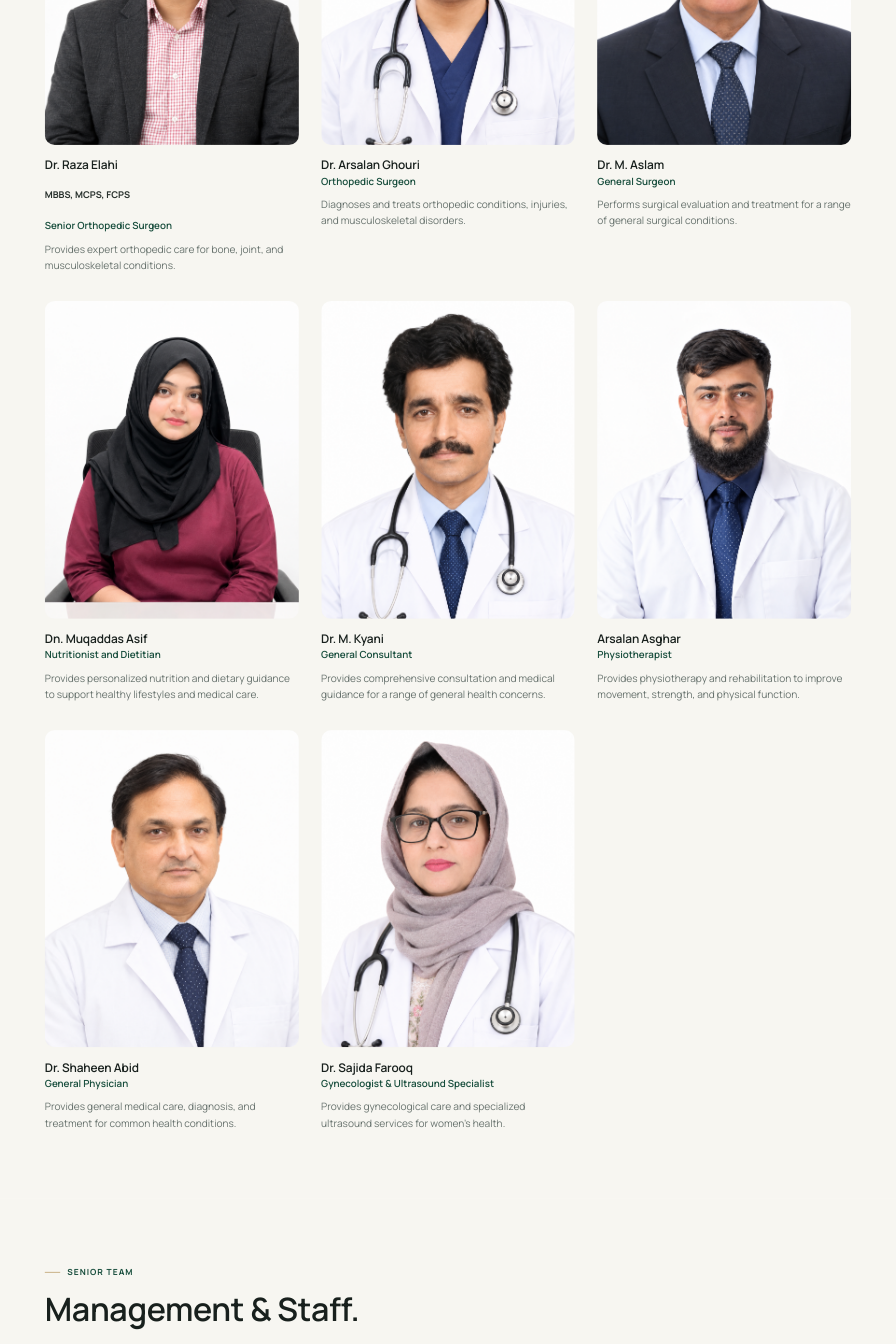
Repository: mraeesaziz45/al-farah
Page: team.html
These files come from the project's save history. The page is drawn as it stood at one moment and after the next save; the edit follows.
The browser window is 1280 px wide. The pictures show the part of the page from y = 1800 to 3720 px (the page is 5905 px tall before and 5859 px after), at 70% of full size.

Above is the page before, as saved 2026-09-28 17:57:45.

After the next save:
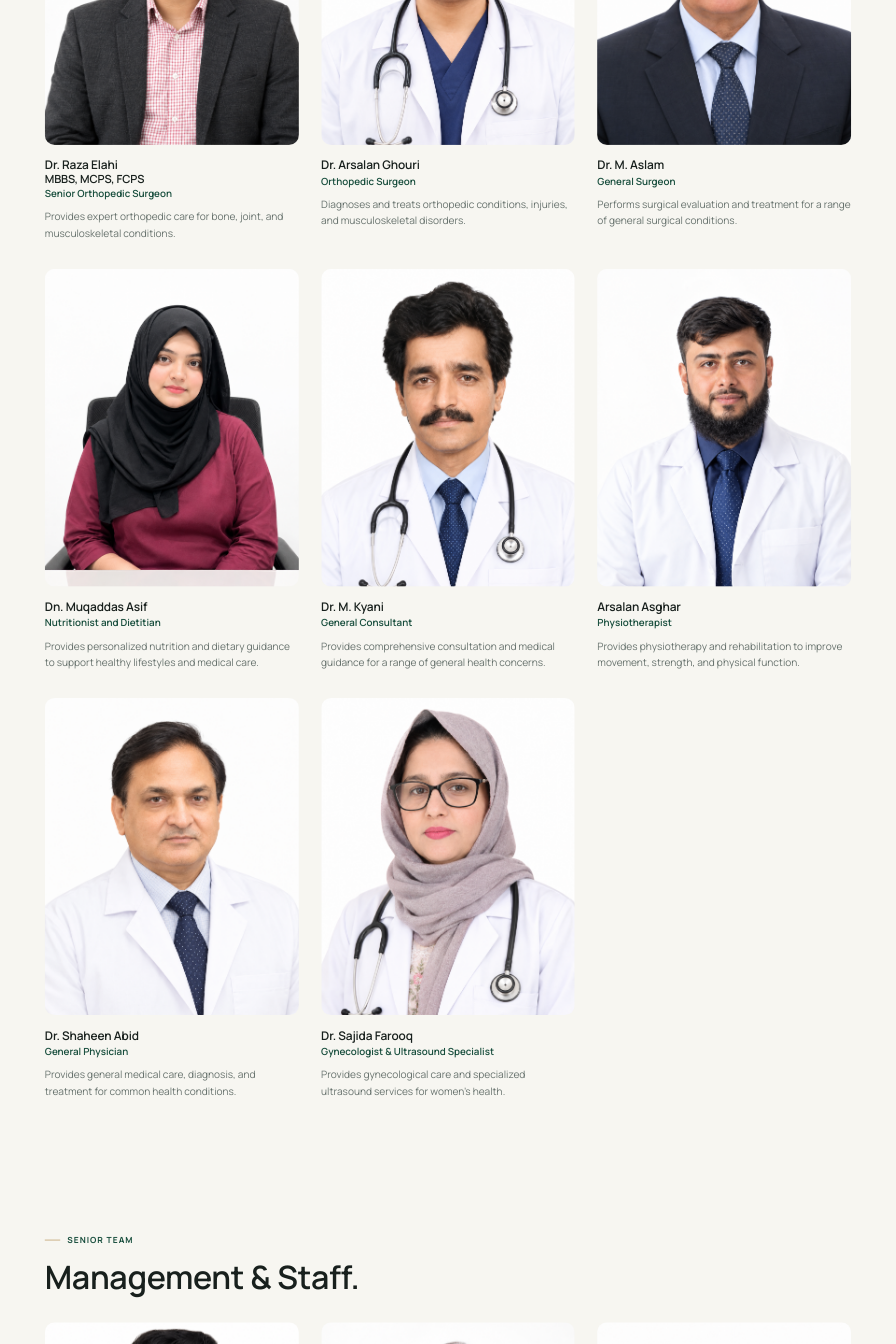
Saved 10 s later.
--- a/team.html
+++ b/team.html
@@ -96,7 +96,7 @@
             <img src="assets/images/team/dr-raza-elahi.png" alt="Portrait placeholder for the clinic accountant" width="1000" height="1250" loading="lazy" decoding="async">
           </div>
           <h3 class="h4">Dr. Raza Elahi</h3>
-          <h5 class="p">MBBS, MCPS, FCPS</h2>
+          <h4 class="h5">MBBS, MCPS, FCPS</h2>
           <span class="role">Senior Orthopedic Surgeon</span>
           <p class="bio">Provides expert orthopedic care for bone, joint, and musculoskeletal conditions.</p>
         </div>

After the save that followed:
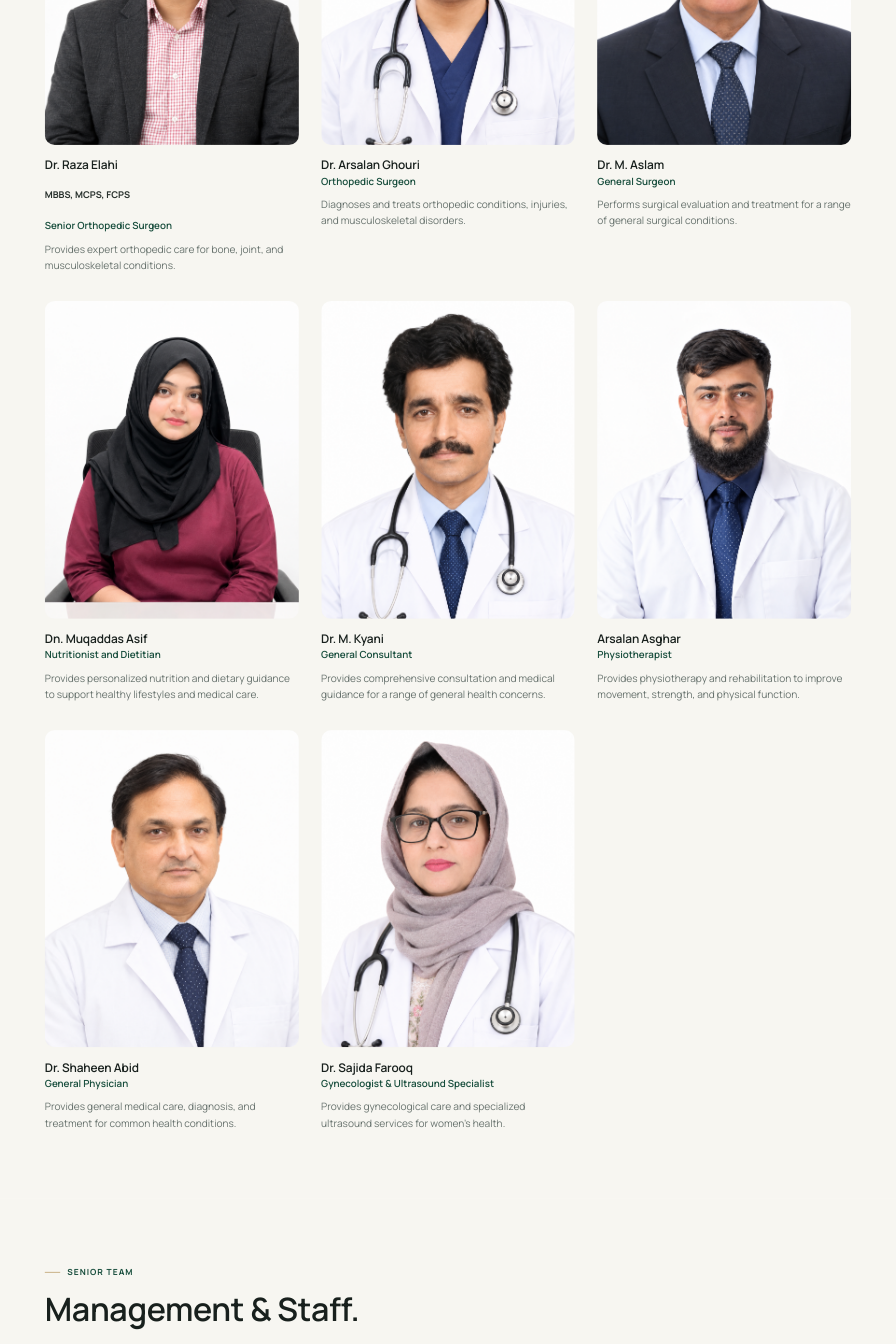
Saved 7 s later.
--- a/team.html
+++ b/team.html
@@ -96,7 +96,7 @@
             <img src="assets/images/team/dr-raza-elahi.png" alt="Portrait placeholder for the clinic accountant" width="1000" height="1250" loading="lazy" decoding="async">
           </div>
           <h3 class="h4">Dr. Raza Elahi</h3>
-          <h4 class="h5">MBBS, MCPS, FCPS</h2>
+          <h5 class="h5">MBBS, MCPS, FCPS</h2>
           <span class="role">Senior Orthopedic Surgeon</span>
           <p class="bio">Provides expert orthopedic care for bone, joint, and musculoskeletal conditions.</p>
         </div>
